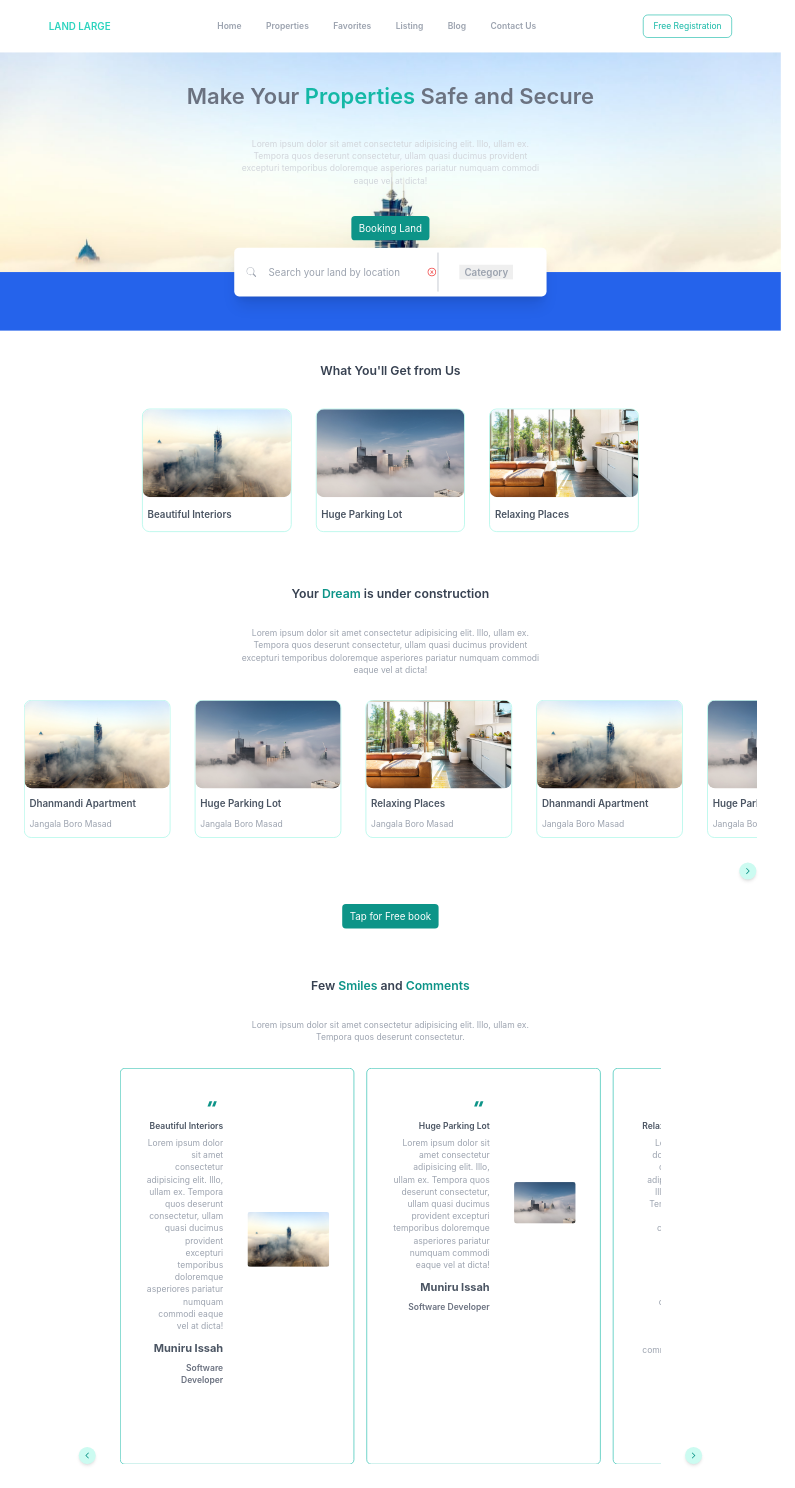
Repository: MuniruIssah/realestate
Page: /
The author's editor kept a copy of each file at every save. The page is drawn from the files as they stood at one save, then again after the next save.
The browser window is 1280 px wide. The page is 1304 px wide, so the pictures cover 1304 px, including what lies to the right of the window. The pictures show the whole page, at 61% of full size.
The project was rebuilt for these pictures with package versions that can differ from the ones it lists, and the page was loaded fresh each time. Also part of the build but not shown: src/App.css.

Above is the page before, as saved 2022-02-20 07:45:20.

After the next save:
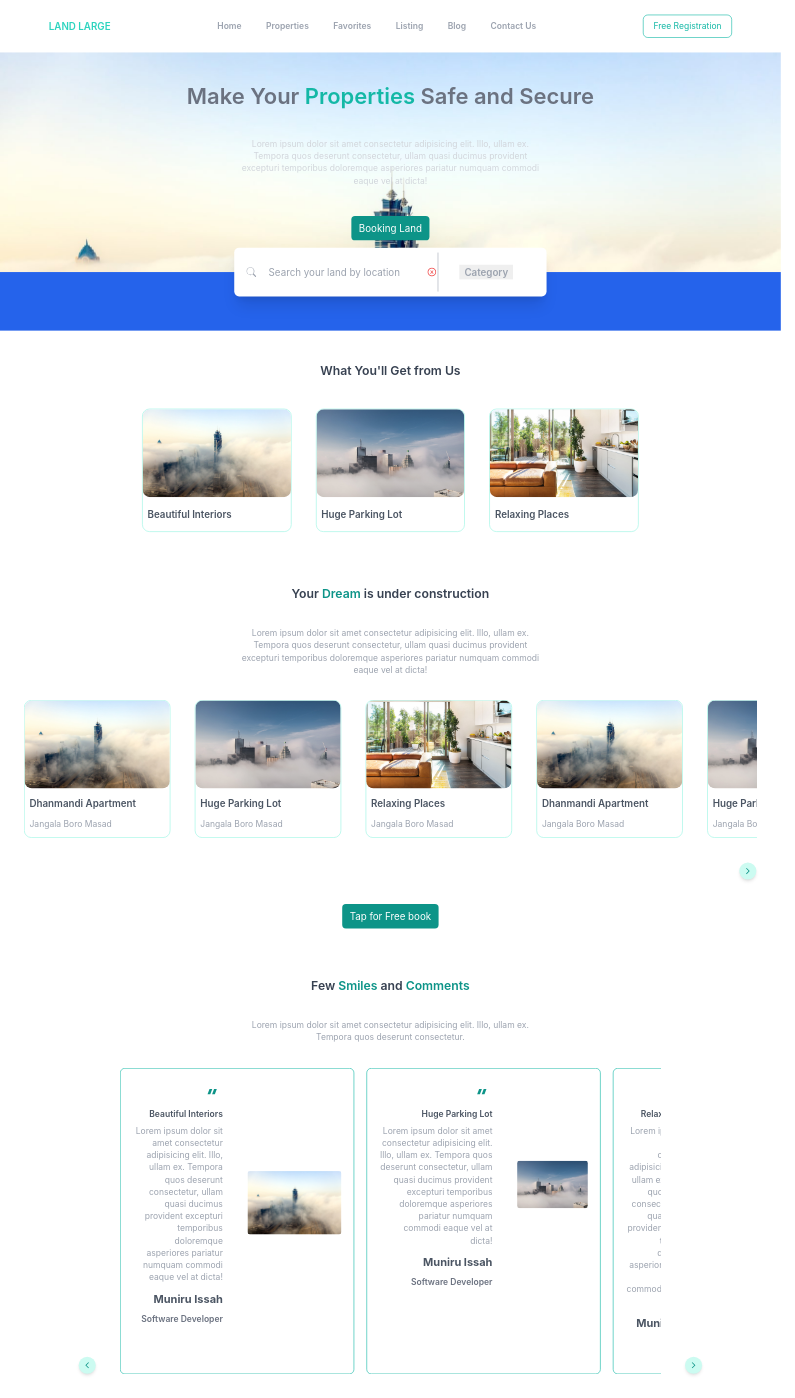
Saved 29 s later.
--- a/src/components/SmilesAndComments.js
+++ b/src/components/SmilesAndComments.js
@@ -72,7 +72,7 @@ export default SmilesAndComments;
 const SmilesAndCommentCard = ({ image, title, description, name, role }) => {
   return (
     <div className="w-full md:w-96  flex-shrink-0 border border-teal-500  snap-start rounded rounded-lg">
-      <div className="flex justify-center items-center space-x-10 p-10">
+      <div className="flex justify-center items-center space-x-10 p-5">
         <div className="text-right flex flex-col">
           <CgQuote className="text-teal-600 text-4xl self-end" />
           <span className="font-semibold text-sm text-gray-600 my-2">
